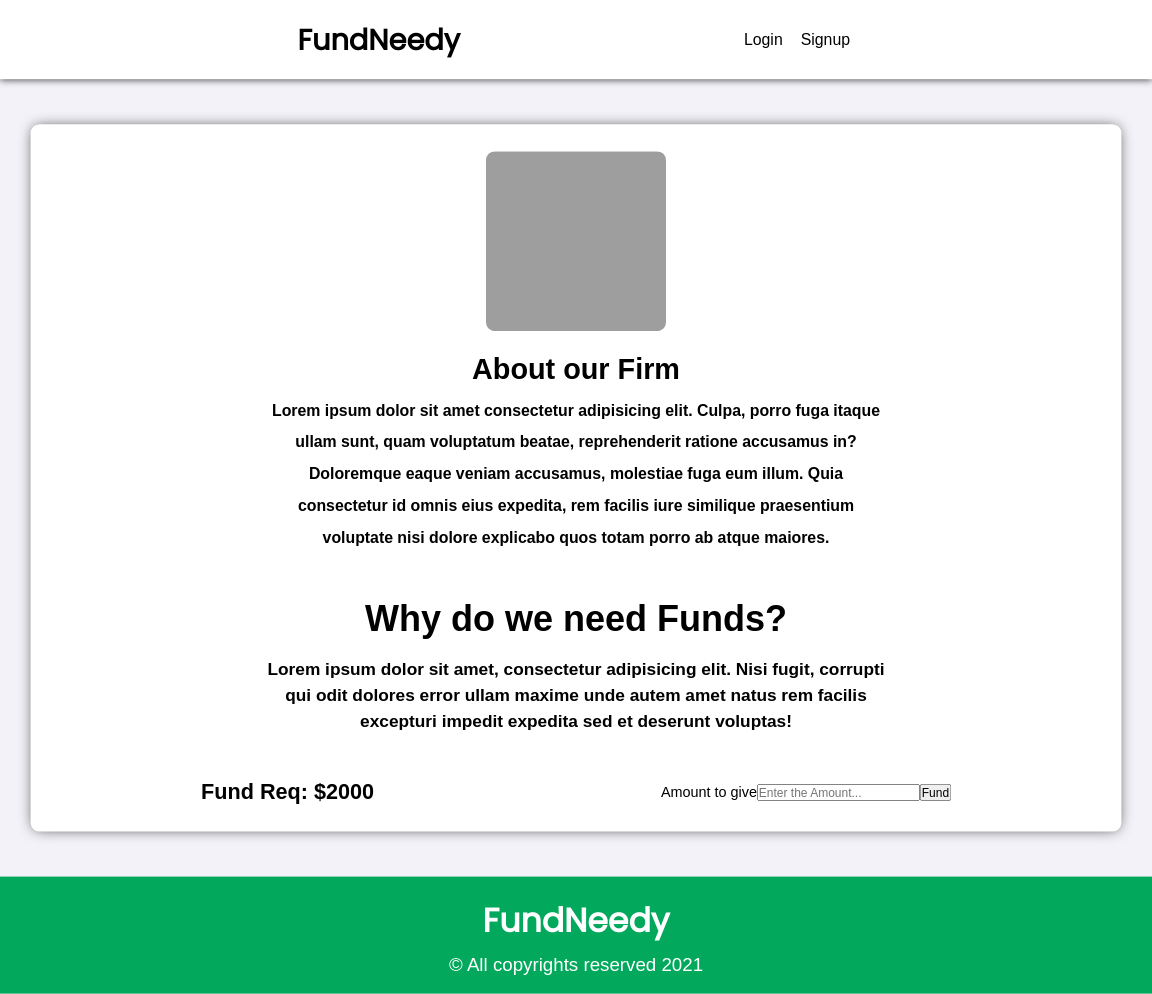
Repository: osdc/codejam
Page: /firmname (app in sassy-sandwiches/fund-needy/)
An editor plug-in stored every save of this project. The page is shown before and after the next save, followed by the edit.
The browser window is 1280 px wide. The pictures show the whole page, at 90% of full size.
Pictures or frames that could not be fetched are drawn as grey boxes. The project was rebuilt for these pictures with package versions that can differ from the ones it lists, and the page was loaded fresh each time. Also part of the build but not shown: sassy-sandwiches/fund-needy/src/Showcase.css, sassy-sandwiches/fund-needy/src/Showcase.js, sassy-sandwiches/fund-needy/src/Needies.css, sassy-sandwiches/fund-needy/src/Needy.css, sassy-sandwiches/fund-needy/src/Needy.js, sassy-sandwiches/fund-needy/src/Needies.js.

Above is the page before, as saved 2021-01-09 22:29:42.

### sassy-sandwiches/fund-needy/public/index.html
<!DOCTYPE html>
<html lang="en">
  <head>
    <meta charset="utf-8" />
    <link rel="icon" href="%PUBLIC_URL%/favicon.ico" />
    <meta name="viewport" content="width=device-width, initial-scale=1" />
    <meta name="theme-color" content="#000000" />
    <meta
      name="description"
      content="Web site created using create-react-app"
    />
    <link rel="apple-touch-icon" href="%PUBLIC_URL%/logo192.png" />
    <link rel="manifest" href="%PUBLIC_URL%/manifest.json" />
    <title>FundNeedy</title>
  </head>
  <body>
    <noscript>You need to enable JavaScript to run this app.</noscript>
    <div id="root"></div>
  </body>
</html>

### sassy-sandwiches/fund-needy/src/App.js
import React from "react";
import "./App.css";
import Navbar from "./Navbar";
import Showcase from "./Showcase";
import Needies from "./Needies";
import Footer from "./Footer";
import { BrowserRouter as Router, Route, Switch } from "react-router-dom";
import FirmFund from "./FirmFund";

function App() {
  return (
    <div className="App">
      <Router>
        <Navbar />
        <Switch>
          <Route exact path="/" component={Showcase} />
          <Route path="/needies" component={Needies} />
          <Route path="/firmname" component={FirmFund} />
        </Switch>
        <Footer />
      </Router>
    </div>
  );
}

export default App;

### sassy-sandwiches/fund-needy/src/App.css
* {
  margin: 0;
  padding: 0;
  font-family: Arial, Helvetica, sans-serif;
}

body {
  background-color: #f3f2f8;
}

### sassy-sandwiches/fund-needy/src/Navbar.js
import React from "react";
import "./Navbar.css";

function Navbar() {
  return (
    <div className="navbar">
      <div className="navbar_logo">
        <h1>FundNeedy</h1>
      </div>
      <div className="navbar_login_signup">
        <button>Login</button>
        <button>Signup</button>
      </div>
    </div>
  );
}

export default Navbar;

### sassy-sandwiches/fund-needy/src/Footer.js
import React from "react";
import "./Footer.css";

function Footer() {
  return (
    <div className="footer">
      <h1>FundNeedy</h1>
      <p>© All copyrights reserved 2021</p>
    </div>
  );
}

export default Footer;

### sassy-sandwiches/fund-needy/src/FirmFund.js
import React from "react";
import "./FirmFund.css";

function FirmFund() {
  return (
    <div className="firmFund">
      <div className="firmFund_image">
        <img
          src="https://i.pinimg.com/originals/ba/fc/15/bafc1525cef9606c5c064694ca8e60fb.jpg"
          alt=""
        />
      </div>
      <div className="firmFund_about">
        <h2>About our Firm</h2>
        <p>
          Lorem ipsum dolor sit amet consectetur adipisicing elit. Culpa, porro
          fuga itaque ullam sunt, quam voluptatum beatae, reprehenderit ratione
          accusamus in? Doloremque eaque veniam accusamus, molestiae fuga eum
          illum. Quia consectetur id omnis eius expedita, rem facilis iure
          similique praesentium voluptate nisi dolore explicabo quos totam porro
          ab atque maiores.
        </p>
      </div>
      <div className="firmFund_need">
        <h2>Why do we need Funds?</h2>
        <p>
          Lorem ipsum dolor sit amet, consectetur adipisicing elit. Nisi fugit,
          corrupti qui odit dolores error ullam maxime unde autem amet natus rem
          facilis excepturi impedit expedita sed et deserunt voluptas!
        </p>
      </div>
      <div className="firmFund_fund">
        <h2>Fund Req: $2000</h2>
        <form>
          <label htmlFor="toGive">Amount to give</label>
          <input type="money" required placeholder="Enter the Amount..." />
          <button>Fund</button>
        </form>
      </div>
    </div>
  );
}

export default FirmFund;

### sassy-sandwiches/fund-needy/src/Navbar.css
@import url("https://fonts.googleapis.com/css2?family=Poppins&display=swap");

.navbar {
  display: flex;
  align-items: center;
  justify-content: space-evenly;
  padding: 20px;
  -webkit-box-shadow: 0px 1px 8px 0px rgba(0, 0, 0, 0.75);
  -moz-box-shadow: 0px 1px 8px 0px rgba(0, 0, 0, 0.75);
  box-shadow: 0px 1px 8px 0px rgba(0, 0, 0, 0.75);
  background-color: #fff;
  /* position: sticky; */
  top: 0;
  z-index: 10000;
}

.navbar_logo > h1 {
  font-family: "Poppins", sans-serif;
}

.navbar_login_signup {
  display: flex;
  align-items: center;
  justify-content: space-between;
}

.navbar_login_signup > button:nth-of-type(1) {
  margin-right: 10px;
}

.navbar_login_signup > button {
  padding: 5px;
  font-size: 1.1rem;
  outline: none;
  border: none;
  background-color: #fff;
  cursor: pointer;
  width: 100%;
}

### sassy-sandwiches/fund-needy/src/Footer.css
.footer {
  text-align: center;
  background-color: #02a95c;
  color: #fff;
  padding: 20px;
}

.footer > h1 {
  font-size: 2.3rem;
  font-family: "Poppins";
}

.footer > p {
  font-size: 1.3rem;
  font-weight: 400;
  margin-top: 10px;
}

### sassy-sandwiches/fund-needy/src/FirmFund.css
.firmFund {
  text-align: center;
  background-color: #fff;
  padding: 30px;
  width: 90%;
  margin: auto;
  margin-top: 50px;
  margin-bottom: 50px;
  border-radius: 10px;
  -webkit-box-shadow: 0px 0px 15px -3px rgba(0, 0, 0, 0.75);
  -moz-box-shadow: 0px 0px 15px -3px rgba(0, 0, 0, 0.75);
  box-shadow: 0px 0px 15px -3px rgba(0, 0, 0, 0.75);
}

.firmFund_image > img {
  height: 200px;
  width: 200px;
  border-radius: 10px;
}

.firmFund_about > h2 {
  font-size: 2rem;
  margin-top: 20px;
}

.firmFund_about > p {
  width: 60%;
  margin: auto;
  font-size: 1.1rem;
  font-weight: 600;
  margin-top: 10px;
  margin-bottom: 10px;
  line-height: 2;
}

.firmFund_need > h2 {
  font-size: 2.5rem;
  margin-top: 50px;
}

.firmFund_need > p {
  width: 60%;
  margin: auto;
  margin-top: 20px;
  margin-bottom: 20px;
  font-size: 1.2rem;
  font-weight: 700;
  line-height: 1.5;
}

.firmFund_fund {
  display: flex;
  align-items: center;
  justify-content: space-around;
  margin-top: 50px;
}

.firmFund_fund > button {
  font-size: 1.2rem;
  width: 20%;
  border-radius: 30px;
  outline: none;
  background-color: #02a95c;
  color: #fff;
  font-weight: 700;
  padding: 10px;
  border: 1px solid #02a95c;
  cursor: pointer;
}

Loaded but not shown: sassy-sandwiches/fund-needy/src/index.js (common file); sassy-sandwiches/fund-needy/src/index.css (common file)

After the next save:
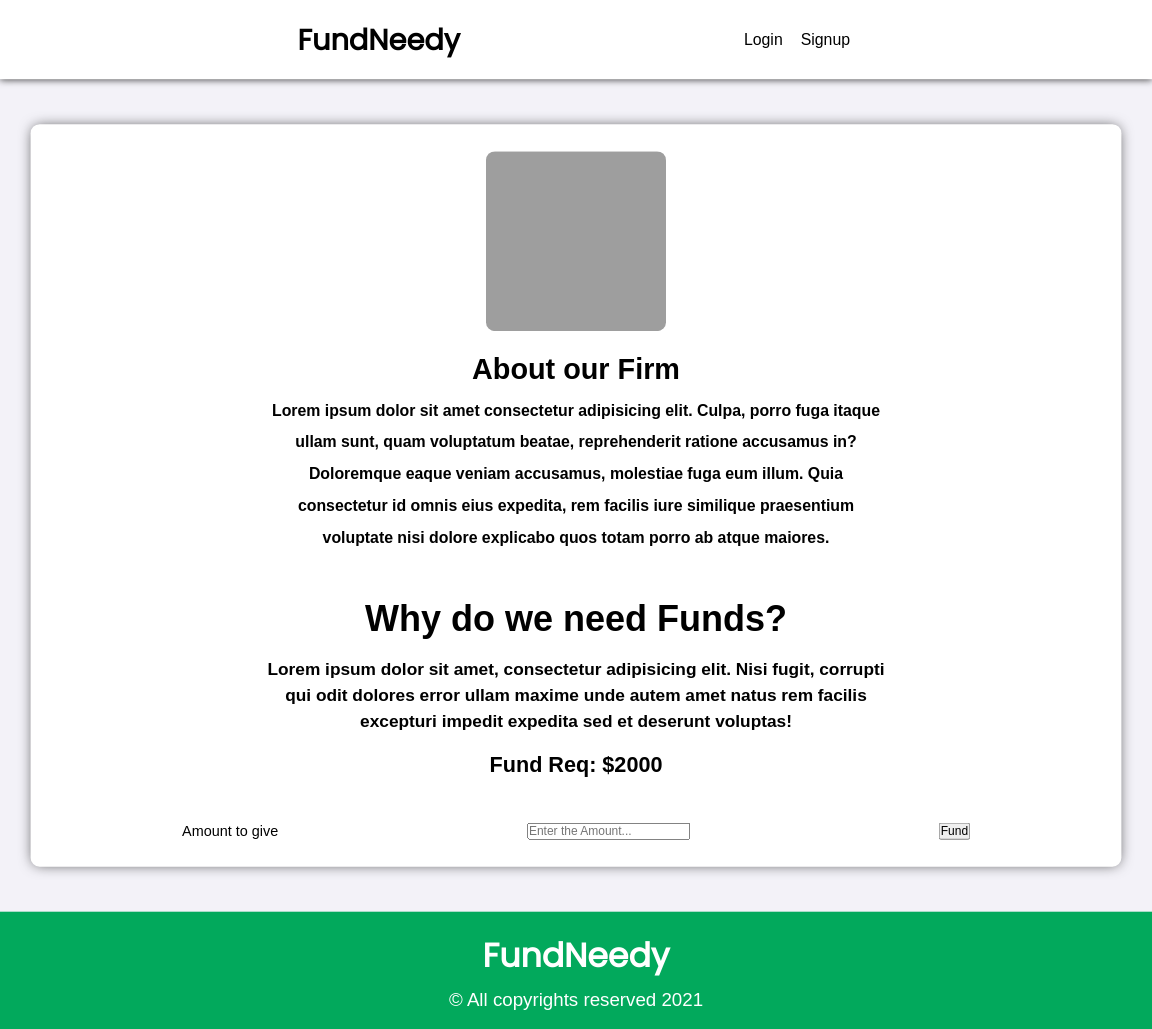
Saved 11 s later.
--- a/sassy-sandwiches/fund-needy/src/FirmFund.css
+++ b/sassy-sandwiches/fund-needy/src/FirmFund.css
@@ -48,7 +48,7 @@
   line-height: 1.5;
 }
 
-.firmFund_fund {
+.firmFund_fund > form {
   display: flex;
   align-items: center;
   justify-content: space-around;
